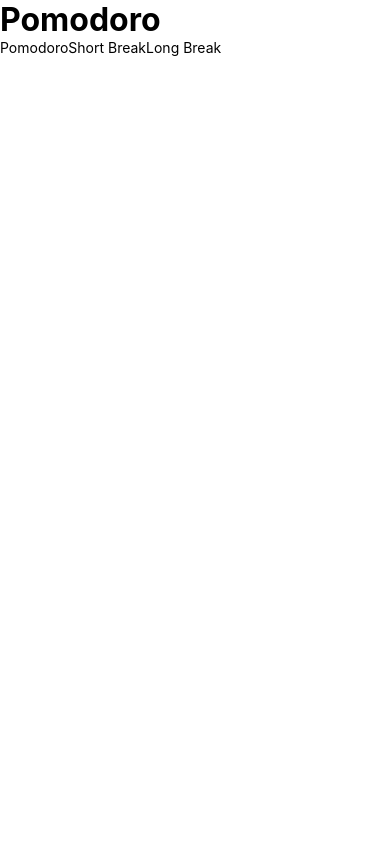
Repository: rchavarria77/pomodoro-app
Screen: /
An editor plug-in stored every save of this project. The screen is shown before and after the next save, followed by the edit.
The app was drawn by React Native's web renderer in a window 390 px wide. The project was rebuilt for these pictures with package versions that can differ from the ones it lists, and the page was loaded fresh each time.

Above is the screen before, as saved 2024-02-01 00:44:51.

After the next save:
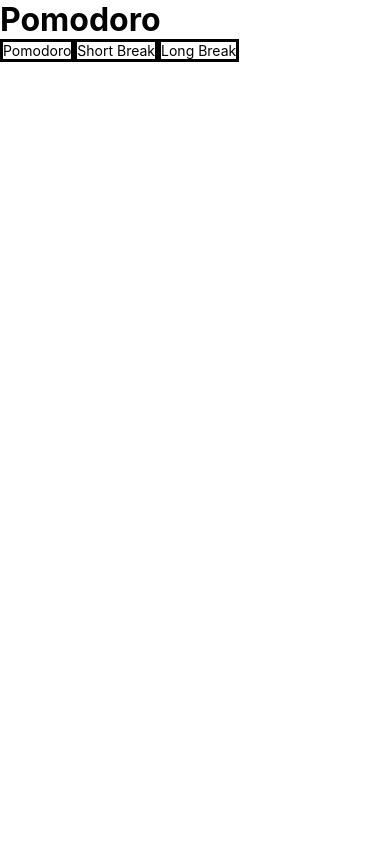
Saved 22 s later.
--- a/src/components/Header.jsx
+++ b/src/components/Header.jsx
@@ -6,7 +6,7 @@ export const Header = ({ time }) => {
   return (
     <View style={{ flexDirection: 'row' }}>
       {options.map((option, i) => (
-        <TouchableOpacity key={i}>
+        <TouchableOpacity key={i} style={styles.itemStyle}>
           <Text>{option}</Text>
         </TouchableOpacity>
       ))}
